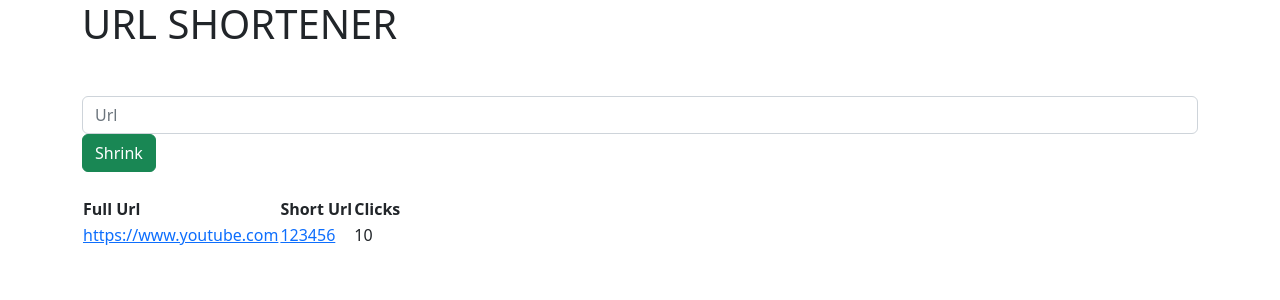
Repository: HarshM0di/URL-SHORTENER
Page: http://localhost/
These files come from the project's save history. The page is drawn as it stood at one moment and after the next save; the edit follows.
The browser window is 1280 px wide. The pictures show the whole page.
The page is served by the project's Node server (server.js).

Above is the page before, as saved 2022-09-18 11:11:18.

### views/index.ejs
<!DOCTYPE html>
<html lang="en">
<head>
    <meta charset="UTF-8">
    <meta http-equiv="X-UA-Compatible" content="IE=edge">
    <meta name="viewport" content="width=device-width, initial-scale=1.0">
    <link href="https://cdn.jsdelivr.net/npm/bootstrap@5.2.1/dist/css/bootstrap.min.css" rel="stylesheet" integrity="sha384-iYQeCzEYFbKjA/T2uDLTpkwGzCiq6soy8tYaI1GyVh/UjpbCx/TYkiZhlZB6+fzT" crossorigin="anonymous">
    <title>Document</title>
</head>
<body>
    <div class="container">



    <h1> URL SHORTENER </h1>
    <form action="" method = "POST" class ="my-4 form-inline">
        <label for="fullUrl" class="sr-only"></label>
        <input required placeholder="Url" type="url" name= "fullUrl" id="fullUrl" class="form-control col mr-2" >
        <button class="btn btn-success" type="submit">Shrink</button>
    </form>

    <table>
        <thead>
            <tr>
                <th>Full Url</th>
                <th>Short Url</th>
                <th>Clicks</th>

            </tr>
        </thead>
        <body>
            <tr>
               <td><a href="https://www.youtube.com">https://www.youtube.com</a></td>
            <td><a href="/123456">123456</a></td>
            <td>10</td>
            </tr>
        </body>
    </table>
</div>
</body>
</html>

### server.js
const express = require('express')
const app = express()

app.set('view engine', 'ejs')

app.get('/', (req, res) =>{
    res.render('index')
})

app.listen(process.env.PORT || 5000);

After the next save:
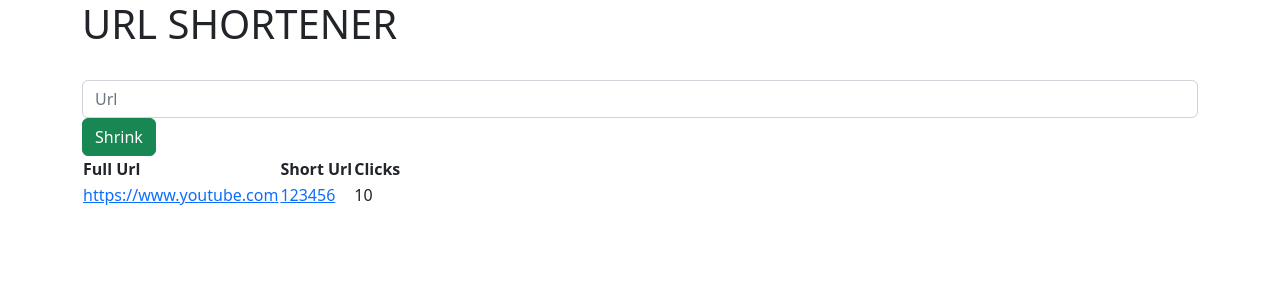
Saved 102 s later.
--- a/views/index.ejs
+++ b/views/index.ejs
@@ -13,7 +13,7 @@
 
 
     <h1> URL SHORTENER </h1>
-    <form action="" method = "POST" class ="my-4 form-inline">
+    <form action="" method = "POST" class ="mr-4 form-inline">
         <label for="fullUrl" class="sr-only"></label>
         <input required placeholder="Url" type="url" name= "fullUrl" id="fullUrl" class="form-control col mr-2" >
         <button class="btn btn-success" type="submit">Shrink</button>

After the save that followed:
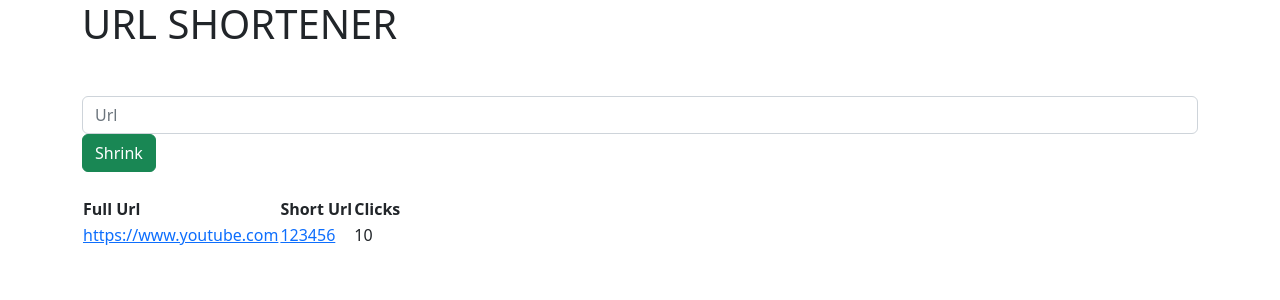
Saved 10 s later.
--- a/views/index.ejs
+++ b/views/index.ejs
@@ -13,7 +13,7 @@
 
 
     <h1> URL SHORTENER </h1>
-    <form action="" method = "POST" class ="mr-4 form-inline">
+    <form action="" method = "POST" class ="my-4 form-inline">
         <label for="fullUrl" class="sr-only"></label>
         <input required placeholder="Url" type="url" name= "fullUrl" id="fullUrl" class="form-control col mr-2" >
         <button class="btn btn-success" type="submit">Shrink</button>
